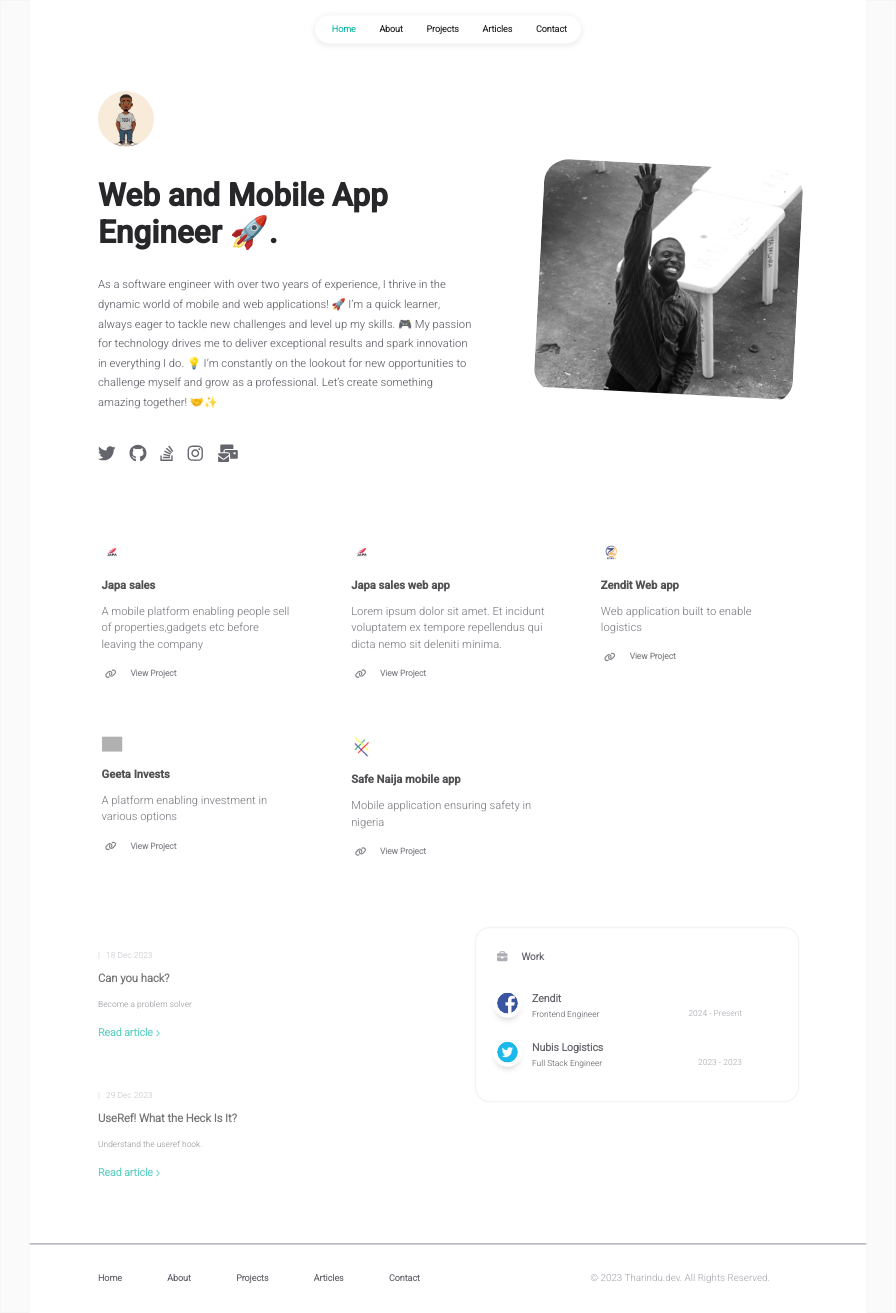
Repository: preyeopudu/preye-site
Page: /
An editor plug-in stored every save of this project. The page is shown before and after the next save, followed by the edit.
The browser window is 1280 px wide. The pictures show the whole page, at 70% of full size.
Pictures or frames that could not be fetched are drawn as grey boxes. The project was rebuilt for these pictures with package versions that can differ from the ones it lists, and the page was loaded fresh each time. Also part of the build but not shown: src/components/about/socials.jsx, src/pages/styles/about.css, src/pages/about.jsx, src/pages/styles/projects.css, src/pages/projects.jsx, src/components/articles/article.jsx, src/pages/styles/articles.css, src/pages/articles.jsx and 5 more.

Above is the page before, as saved 2024-12-18 21:03:37.

### src/pages/homepage.jsx
import React, { useState, useEffect } from "react";
import { Helmet } from "react-helmet";

import { faMailBulk } from "@fortawesome/free-solid-svg-icons";
import { FontAwesomeIcon } from "@fortawesome/react-fontawesome";
import {
	faTwitter,
	faGithub,
	faStackOverflow,
	faInstagram,
} from "@fortawesome/free-brands-svg-icons";

import Logo from "../components/common/logo";
import Footer from "../components/common/footer";
import NavBar from "../components/common/navBar";
import Article from "../components/homepage/article";
import Works from "../components/homepage/works";
import AllProjects from "../components/projects/allProjects";

import INFO from "../data/user";
import SEO from "../data/seo";
import myArticles from "../data/articles";

import "./styles/homepage.css";

const Homepage = () => {
	const [stayLogo, setStayLogo] = useState(false);
	const [logoSize, setLogoSize] = useState(80);
	const [oldLogoSize, setOldLogoSize] = useState(80);

	useEffect(() => {
		window.scrollTo(0, 0);
	}, []);

	useEffect(() => {
		const handleScroll = () => {
			let scroll = Math.round(window.pageYOffset, 2);

			let newLogoSize = 80 - (scroll * 4) / 10;

			if (newLogoSize < oldLogoSize) {
				if (newLogoSize > 40) {
					setLogoSize(newLogoSize);
					setOldLogoSize(newLogoSize);
					setStayLogo(false);
				} else {
					setStayLogo(true);
				}
			} else {
				setLogoSize(newLogoSize);
				setStayLogo(false);
			}
		};

		window.addEventListener("scroll", handleScroll);
		return () => window.removeEventListener("scroll", handleScroll);
	}, [logoSize, oldLogoSize]);

	const currentSEO = SEO.find((item) => item.page === "home");

	const logoStyle = {
		display: "flex",
		position: stayLogo ? "fixed" : "relative",
		top: stayLogo ? "3vh" : "auto",
		zIndex: 999,
		border: stayLogo ? "1px solid white" : "none",
		borderRadius: stayLogo ? "50%" : "none",
		boxShadow: stayLogo ? "0px 4px 10px rgba(0, 0, 0, 0.25)" : "none",
	};

	return (
		<React.Fragment>
			<Helmet>
				<title>{INFO.main.title}</title>
				<meta name="description" content={currentSEO.description} />
				<meta
					name="keywords"
					content={currentSEO.keywords.join(", ")}
				/>
			</Helmet>

			<div className="page-content">
				<NavBar active="home" />
				<div className="content-wrapper">
					<div className="homepage-logo-container">
						<div style={logoStyle}>
							<Logo width={logoSize} link={false} />
						</div>
					</div>

					<div className="homepage-container">
						<div className="homepage-first-area">
							<div className="homepage-first-area-left-side">
								<div className="title homepage-title">
									{INFO.homepage.title}
								</div>

								<div className="subtitle homepage-subtitle">
									{INFO.homepage.description}
								</div>
							</div>

							<div className="homepage-first-area-right-side">
								<div className="homepage-image-container">
									<div className="homepage-image-wrapper">
										<img
											src="preye.jpeg"
											alt="about"
											className="homepage-image"
										/>
									</div>
								</div>
							</div>
						</div>

						<div className="homepage-socials">
							<a
								href={INFO.socials.twitter}
								target="_blank"
								rel="noreferrer"
							>
								<FontAwesomeIcon
									icon={faTwitter}
									className="homepage-social-icon"
								/>
							</a>
							<a
								href={INFO.socials.github}
								target="_blank"
								rel="noreferrer"
							>
								<FontAwesomeIcon
									icon={faGithub}
									className="homepage-social-icon"
								/>
							</a>
							<a
								href={INFO.socials.stackoverflow}
								target="_blank"
								rel="noreferrer"
							>
								<FontAwesomeIcon
									icon={faStackOverflow}
									className="homepage-social-icon"
								/>
							</a>
							<a
								href={INFO.socials.instagram}
								target="_blank"
								rel="noreferrer"
							>
								<FontAwesomeIcon
									icon={faInstagram}
									className="homepage-social-icon"
								/>
							</a>
							<a
								href={`mailto:${INFO.main.email}`}
								target="_blank"
								rel="noreferrer"
							>
								<FontAwesomeIcon
									icon={faMailBulk}
									className="homepage-social-icon"
								/>
							</a>
						</div>

						<div className="homepage-projects">
							<AllProjects />
						</div>

						<div className="homepage-after-title">
							<div className="homepage-articles">
								{myArticles.map((article, index) => (
									<div
										className="homepage-article"
										key={(index + 1).toString()}
									>
										<Article
											key={(index + 1).toString()}
											date={article().date}
											title={article().title}
											description={article().description}
											link={"/article/" + (index + 1)}
										/>
									</div>
								))}
							</div>

							<div className="homepage-works">
								<Works />
							</div>
						</div>

						<div className="page-footer">
							<Footer />
						</div>
					</div>
				</div>
			</div>
		</React.Fragment>
	);
};

export default Homepage;

### src/components/common/footer.jsx
import React from "react";
import { Link } from "react-router-dom";

import "./styles/footer.css";

const Footer = () => {
	return (
		<React.Fragment>
			<div className="footer">
				<div className="footer-links">
					<ul className="footer-nav-link-list">
						<li className="footer-nav-link-item">
							<Link to="/">Home</Link>
						</li>
						<li className="footer-nav-link-item">
							<Link to="/about">About</Link>
						</li>
						<li className="footer-nav-link-item">
							<Link to="/projects">Projects</Link>
						</li>
						<li className="footer-nav-link-item">
							<Link to="/articles">Articles</Link>
						</li>
						<li className="footer-nav-link-item">
							<Link to="/contact">Contact</Link>
						</li>
					</ul>
				</div>

				<div className="footer-credits">
					<div className="footer-credits-text">
						© 2023 Tharindu.dev. All Rights Reserved.
					</div>
				</div>
			</div>
		</React.Fragment>
	);
};

export default Footer;

### src/components/common/navBar.jsx
import React from "react";
import { Link } from "react-router-dom";

import "./styles/navBar.css";

const NavBar = (props) => {
	const { active } = props;

	return (
		<React.Fragment>
			<div className="nav-container">
				<nav className="navbar">
					<div className="nav-background">
						<ul className="nav-list">
							<li
								className={
									active === "home"
										? "nav-item active"
										: "nav-item"
								}
							>
								<Link to="/">Home</Link>
							</li>
							<li
								className={
									active === "about"
										? "nav-item active"
										: "nav-item"
								}
							>
								<Link to="/about">About</Link>
							</li>
							<li
								className={
									active === "projects"
										? "nav-item active"
										: "nav-item"
								}
							>
								<Link to="/projects">Projects</Link>
							</li>
							<li
								className={
									active === "articles"
										? "nav-item active"
										: "nav-item"
								}
							>
								<Link to="/articles">Articles</Link>
							</li>
							<li
								className={
									active === "contact"
										? "nav-item active"
										: "nav-item"
								}
							>
								<Link to="/contact">Contact</Link>
							</li>
						</ul>
					</div>
				</nav>
			</div>
		</React.Fragment>
	);
};

export default NavBar;

### src/components/homepage/article.jsx
import React from "react";
import { Link } from "react-router-dom";

import { FontAwesomeIcon } from "@fortawesome/react-fontawesome";
import { faChevronRight } from "@fortawesome/free-solid-svg-icons";

import "./styles/article.css";

const Article = (props) => {
	const { title, description, date, link } = props;

	return (
		<React.Fragment>
			<div className="homepage-article">
				<div className="homepage-article-content">
					<div className="homepage-article-date">
						|&nbsp;&nbsp;&nbsp;{date}
					</div>
					<div className="homepage-article-title">{title}</div>
					<div className="homepage-article-description">
						{description}
					</div>
					<div className="homepage-article-link">
						<Link to={link}>
							Read article{" "}
							<FontAwesomeIcon
								style={{ fontSize: "10px" }}
								icon={faChevronRight}
							/>
						</Link>
					</div>
				</div>
			</div>
		</React.Fragment>
	);
};

export default Article;

### src/components/homepage/works.jsx
import React from "react";
import { faBriefcase } from "@fortawesome/free-solid-svg-icons";

import Card from "../common/card";

import "./styles/works.css";

const Works = () => {
	return (
		<div className="works">
			<Card
				icon={faBriefcase}
				title="Work"
				body={
					<div className="works-body">
						<div className="work">
							<img
								src="./facebook.png"
								alt="facebook"
								className="work-image"
							/>
							<div className="work-title">Zendit</div>
							<div className="work-subtitle">
								Frontend Engineer
							</div>
							<div className="work-duration">2024 - Present</div>
						</div>

						<div className="work">
							<img
								src="./twitter.png"
								alt="twitter"
								className="work-image"
							/>
							<div className="work-title">Nubis Logistics</div>
							<div className="work-subtitle">
								Full Stack Engineer
							</div>
							<div className="work-duration">2023 - 2023</div>
						</div>
					</div>
				}
			/>
		</div>
	);
};

export default Works;

### src/data/seo.js
const SEO = [
	{
		page: "home",
		description:
			"I am a backend developer with expertise in Node.js. I have experience in building scalable, secure and reliable web applications using various frameworks and technologies.",
		keywords: ["Tharindu", "Tharindu N", "Tharindu Nayanajith"],
	},

	{
		page: "about",
		description:
			"I am a backend developer with expertise in Node.js. I have experience in building scalable, secure and reliable web applications using various frameworks and technologies.",
		keywords: ["Tharindu", "Tharindu N", "Tharindu Nayanajith"],
	},

	{
		page: "articles",
		description:
			"Chronological collection of my long-form thoughts on programming, leadership, product design, and more.",
		keywords: ["Tharindu", "Tharindu N", "Tharindu Nayanajith"],
	},

	{
		page: "projects",
		description:
			"I've worked on a variety of projects over the years and I'm proud of the progress I've made. Many of these projects are open-source and available for others to explore and contribute to.",
		keywords: ["Tharindu", "Tharindu N", "Tharindu Nayanajith"],
	},

	{
		page: "contact",
		description:
			"If you're interested in collaborating on a project, feel free to reach out to me. I'm always open to new ideas and opportunities.",
		keywords: ["Tharindu", "Tharindu N", "Tharindu Nayanajith"],
	},
];

export default SEO;

### src/data/articles.js
import React from "react";

function article_1() {
	return {
		date: "18 Dec 2023",
		title: "Can you hack?",
		description: "Become a problem solver",
		keywords: ["Leadership", "Coding", "Opudu Tamarapreye", "Software"],
		link: "https://splashdev.hashnode.dev/can-you-hack", // Add the link here
		body: (
			<React.Fragment>
				<div className="article-content">
					<a
						href="https://splashdev.hashnode.dev/can-you-hack"
						target="_blank"
						rel="noopener noreferrer"
						className="article-link"
					>
						Read the full article: Can you hack?
					</a>
				</div>
			</React.Fragment>
		),
	};
}

function article_2() {
	return {
		date: "29 Dec 2023",
		title: "UseRef! What the Heck Is It? ",
		description: "Understand the useref hook.",
		style: ``,
		keywords: ["React", "HOOKS", "FRONT END", "OPUDU TAMARAPREYE"],
		body: (
			<React.Fragment>
				<div className="article-content">
					<a
						href="https://splashdev.hashnode.dev/useref-what-the-heck-is-it"
						target="_blank"
						rel="noopener noreferrer"
						className="article-link"
					>
						Read the full article: WHAT THE HECK IS IT?
					</a>
				</div>
			</React.Fragment>
		),
	};
}

const myArticles = [article_1, article_2];

export default myArticles;

### src/pages/styles/homepage.css
@import "../../data/styles.css";

.homepage-logo-container {
	display: flex;
	justify-content: left;
	align-items: center;
	padding-top: 130px;
}

.homepage-container {
	padding-top: 25px;
}

.homepage-first-area {
	display: flex;
	justify-content: space-between;
	align-items: center;
}

.homepage-first-area-left-side {
	display: flex;
	flex-direction: column;
	align-items: flex-start;
}

.homepage-title {
	width: 85% !important;
}

.homepage-subtitle {
	width: 85% !important;
}

.homepage-first-area-right-side {
	display: flex;
	align-items: center;
}

.homepage-image-container {
	width: 370px;
	height: 370px;
}

.homepage-image-wrapper {
	overflow: hidden;
	border-radius: 10%;
	transform: rotate(3deg);
}

.homepage-image-wrapper img {
	width: 100%;
}

.homepage-socials {
	display: flex;
	justify-content: left;
	align-items: center;
	padding-top: 30px;
}

.homepage-social-icon {
	padding-right: 20px;
	font-size: 25px;
	transition: color 0.2s ease-in-out;
	color: var(--secondary-color);
}

.homepage-social-icon:hover {
	color: var(--primary-color);
}

.homepage-after-title {
	display: flex;
}

.homepage-projects {
	flex-basis: 300px;
	padding-top: 40px;
}

.homepage-articles {
	flex-basis: 900px;
	padding-top: 30px;
	margin-left: -30px;
}

.homepage-article {
	padding-bottom: 5px;
}

.homepage-works {
	flex-basis: 600px;
	padding-top: 30px;
}

@media (max-width: 1024px) {
	.homepage-first-area {
		flex-direction: column;
	}

	.homepage-first-area-left-side {
		display: flex;
		flex-direction: column; /* Changed: set direction to column */
		align-items: flex-start;
		width: 100%;
		order: 2;
	}

	.homepage-title {
		width: 100% !important;
		margin-top: 20px;
		order: 2;
	}

	.homepage-subtitle {
		width: 100% !important;
		margin-top: 10px;
		order: 3;
	}

	.homepage-first-area-right-side {
		width: 100%;
		order: 1;
	}

	.homepage-image-container {
		padding-top: 50px;
		padding-bottom: 50px;
		margin-left: 10px;
		order: 1;
	}

	.homepage-after-title {
		flex-direction: column;
	}

	.homepage-projects {
		flex-basis: auto;
	}

	.homepage-articles {
		flex-basis: auto;
	}

	.homepage-works {
		flex-basis: auto;
		margin-left: -25px;
		margin-right: -25px;
	}
}

### src/pages/styles/readArticle.css
@import "../../data/styles.css";

.read-article-logo-container {
	display: flex;
	justify-content: left;
	padding-top: 25px;
}

.read-article-logo {
	display: flex;
	position: fixed;
	border: 1px solid white;
	border-radius: 50%;
	box-shadow: 0px 4px 10px rgba(0, 0, 0, 0.25);
	top: 4vh;
}

.read-article-container {
	display: flex;
	height: 100%;
	margin: 0;
	padding-top: 120px;
}

.read-article-back {
	padding-top: 68px;
	padding-right: 50px;
	width: 40px;
	height: 40px;
}

.read-article-back-button {
	width: 50px;
	border-radius: 50%;
	box-shadow: 0px 4px 10px rgba(0, 0, 0, 0.25);
}

.read-article-wrapper {
	width: 80%;
	padding-top: 30px;
}

.read-article-date-container {
	border-left: 2px solid var(--quaternary-color);
	color: var(--tertiary-color);
	font-size: 16 px;
	align-items: center;
	height: 22px;
}

.read-article-date {
	font-family: var(--primary-font);
	padding-left: 15px;
}

.read-article-title {
	padding-top: 50px;
	padding-bottom: 50px;
	width: 100% !important;
}

.read-article-body {
	padding-bottom: 50px;
	font-size: 16px;
	line-height: 30px;
	font-family: system-ui;
	color: #52525b;
}

### src/components/common/styles/footer.css
@import "../../../data/styles.css";

.footer {
	display: flex;
	padding-top: 25px;
	margin-top: 50px;
	padding-bottom: 25px;
	align-items: center;
}

.footer-links,
.footer-credits {
	flex-basis: 50%;
}

.footer-links {
	margin-left: -40px;
}

.footer-nav-link-list {
	display: flex;
	list-style: none;
	justify-content: space-between;
	align-items: center;
}

.footer-nav-link-item {
	font-weight: bold;
	font-size: 80%;
}

.footer-nav-link-list a {
	text-decoration: none;
	color: var(--secondary-color);
}

.footer-nav-link-list a:hover {
	color: var(--link-color);
}

.footer-credits-text {
	justify-content: flex-end;
	color: var(--tertiary-color);
	font-size: 14px;
	text-align: right;
}

@media (max-width: 600px) {
	.footer {
		flex-direction: column;
		height: 85px;
	}

	.footer-links {
		display: flex;
		width: 100%;
		justify-content: center;
	}

	.footer-nav-link-list {
		width: 100%;
	}
}

### src/components/common/styles/navBar.css
@import "../../../data/styles.css";

.nav-container {
	margin: 0;
	display: flex;
	justify-content: center;
	align-items: center;
}

.navbar {
	display: flex;
	justify-content: center;
	align-items: center;
	position: fixed;
	top: 3vh;
	z-index: 999;
}

.nav-background {
	width: 380px;
	height: 40px;
	padding-left: 0%;
	padding-right: 0%;
	background: #fff;
	box-shadow: 0px 2px 10px rgba(0, 0, 0, 0.1);
	border-radius: 40px;
}

.nav-list {
	display: flex;
	justify-content: space-between;
	list-style: none;
	align-items: center;
	margin-left: -16px;
	margin-right: 20px;
	margin-top: 11px;
}

.nav-item {
	font-weight: bold;
	font-size: 80%;
}

.nav-item.active a {
	color: var(--link-color) !important;
}

.nav-item a {
	text-decoration: none;
	color: var(--primary-color);
}

.nav-item a:hover {
	color: var(--link-color);
	transition: color 0.3s ease-in-out;
}

@media (max-width: 600px) {
	.navbar {
		margin-left: 25%;
		margin-right: 25%;
		width: 80%;
		font-size: 80%;
	}

	.nav-background {
		width: 80%;
		height: 40px;
	}

	.nav-item {
		font-weight: bold;
	}
}

### src/components/homepage/styles/article.css
@import "../../../data/styles.css";

.homepage-article {
	width: 90%;
	mix-blend-mode: normal;
	border-radius: 20px;
	opacity: 0.8;
}

.homepage-article:hover {
	background: #fafafa;
	opacity: 1;
	transition: background-color 0.3s ease-in-out;
}

.homepage-article-content {
	padding: 30px;
}

.homepage-article-date {
	opacity: 1;
	color: var(--tertiary-color);
	font-size: 12px;
	margin-bottom: 1em;
}

.homepage-article-title {
	opacity: 1;
	color: var(--primary-color);
	font-size: 16px;
	margin-bottom: 1em;
	font-weight: 700;
}

.homepage-article-description {
	opacity: 1;
	color: var(--secondary-color);
	font-size: 12px;
	line-height: 1.5;
}

.homepage-article-link {
	opacity: 1;
	padding-top: 20px;
	font-size: 15px;
	font-weight: 700;
}

.homepage-article-link a {
	color: var(--link-color);
	text-decoration: none;
}

@media (max-width: 600px) {
	.homepage-article {
		width: 100%;
	}
}

### src/components/projects/project.jsx
import React from "react";
import { Link } from "react-router-dom";
import { FontAwesomeIcon } from "@fortawesome/react-fontawesome";
import { faLink } from "@fortawesome/free-solid-svg-icons";

import "./styles/project.css";

const Project = (props) => {
	const { logo, title, description, linkText, link } = props;

	return (
		<React.Fragment>
			<div className="project">
				<Link to={link}>
					<div className="project-container">
						<div className="project-logo">
							<img src={logo} alt="logo" />
						</div>
						<div className="project-title">{title}</div>
						<div className="project-description">{description}</div>
						<div className="project-link">
							<div className="project-link-icon">
								<FontAwesomeIcon icon={faLink} />
							</div>

							<div className="project-link-text">{linkText}</div>
						</div>
					</div>
				</Link>
			</div>
		</React.Fragment>
	);
};

export default Project;

### src/components/articles/style/article.css
@import "../../../data/styles.css";

.article {
	display: flex;
}

.article a {
	text-decoration: none;
}

.article-left-side {
	min-width: 20%;
	max-width: 20%;
}

.article-right-side {
	flex-basis: 80%;
	min-width: 700px;
	mix-blend-mode: normal;
	border-radius: 20px;
	opacity: 0.8;
	padding: 30px;
}

.article-right-side:hover {
	background: #fafafa;
	opacity: 1;
	transition: background-color 0.3s ease-in-out;
}

.article-date {
	padding-top: 30px;
	font-size: 15px;
	color: var(--tertiary-color);
}

.article-title {
	color: #000000;
	font-size: 16px;
	font-weight: 600;
}

.article-description {
	padding-top: 10px;
	font-size: 12px;
	color: var(--secondary-color);
	font-weight: 480;
	line-height: 25px;
}

.article-link {
	padding-top: 10px;
	font-size: 14px;
	color: var(--link-color);
	font-weight: 700;
}

@media (max-width: 1024px) {
	.article-left-side {
		min-width: 10%;
		max-width: 10%;
	}

	.article-right-side {
		flex-basis: 90%;
		min-width: 85%;
		max-width: 85%;
	}
}

### src/components/projects/styles/project.css
@import "../../../data/styles.css";

.project {
	mix-blend-mode: normal;
	border-radius: 20px;
	opacity: 0.8;
	height: 100%;
}

.project a {
	text-decoration: none;
}

.project:hover {
	background: #fafafa;
	opacity: 1;
	transition: background-color 0.3s ease-in-out;
}

.project:hover .project-link {
	color: var(--link-color);
	transition: color 0.3s ease-in-out;
}

.project-container {
	padding: 30px;
}

.project-logo {
	width: 30px;
}

.project-logo img {
	width: 100%;
}

.project-title {
	font-family: var(--secondary-font);
	color: var(--primary-color);
	font-size: 16px;
	padding-top: 15px;
	margin-bottom: 1em;
	font-weight: 700;
}

.project-description {
	color: var(--secondary-color);
}

.project-link {
	display: flex;
	align-items: center;
	color: var(--secondary-color);
	font-size: 12px;
	padding-top: 20px;
}

.project-link-icon {
	padding-left: 5px;
	font-size: 13px;
}

.project-link-text {
	padding-left: 20px;
	font-weight: 700;
}

@media (max-width: 600px) {
	.project {
		height: 300px;
	}
}

Loaded but not shown: public/index.html (common file); src/index.js (common file); src/index.css (common file); src/App.js (common file); src/reportWebVitals.js (common file); src/data/styles.css (common file); src/data/tracking.js (common file); src/app.css (common file); src/components/common/logo.jsx (common file); src/components/projects/allProjects.jsx (common file); src/components/common/styles/logo.css (common file); src/components/common/card.jsx (common file); src/components/homepage/styles/works.css (common file); src/components/projects/styles/allProjects.css (common file); src/components/about/styles/socials.css (common file); src/components/common/styles/card.css (common file); src/data/user.js (80 lines, source omitted)

After the next save:
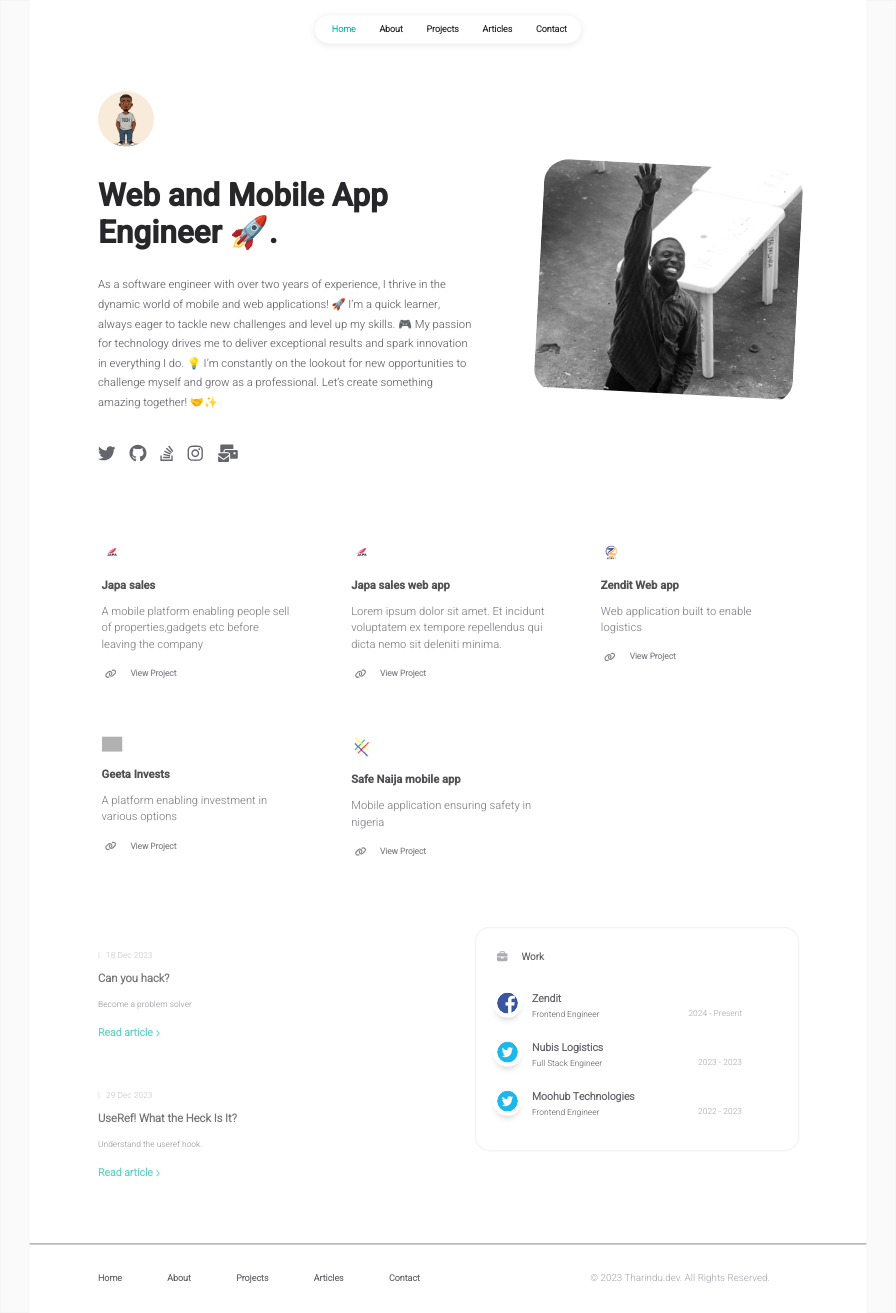
Saved 40 s later.
--- a/src/components/homepage/works.jsx
+++ b/src/components/homepage/works.jsx
@@ -38,6 +38,21 @@ const Works = () => {
 							</div>
 							<div className="work-duration">2023 - 2023</div>
 						</div>
+
+						<div className="work">
+							<img
+								src="./twitter.png"
+								alt="twitter"
+								className="work-image"
+							/>
+							<div className="work-title">
+								Moohub Technologies
+							</div>
+							<div className="work-subtitle">
+								Frontend Engineer
+							</div>
+							<div className="work-duration">2022 - 2023</div>
+						</div>
 					</div>
 				}
 			/>
